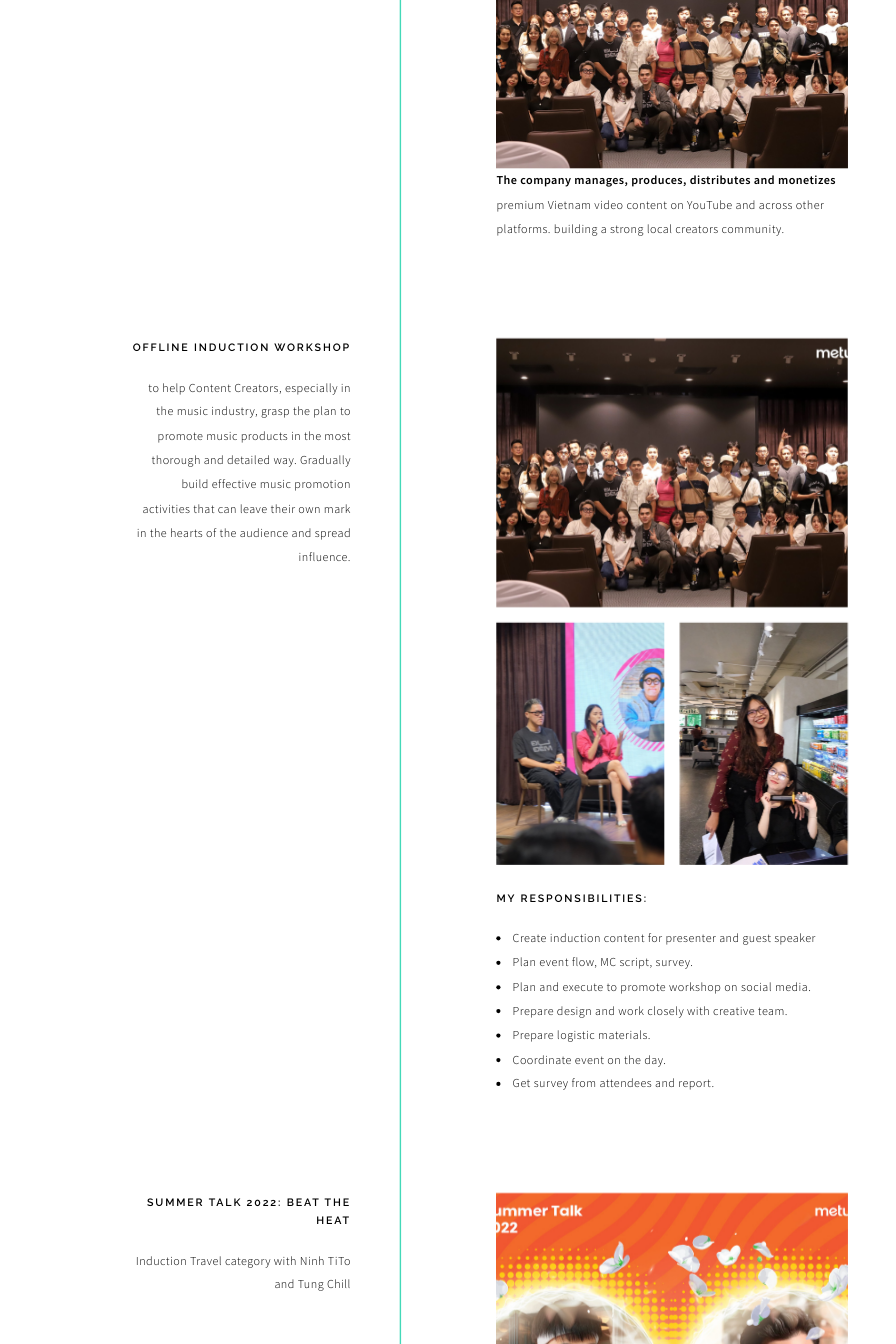
Repository: leonardin999/linh-porfolios
Page: index.html
These files come from the project's save history. The page is drawn as it stood at one moment and after the next save; the edit follows.
The browser window is 1280 px wide. The pictures show the part of the page from y = 4029 to 5949 px (the page is 8572 px tall), at 70% of full size.

Above is the page before, as saved 2023-01-24 22:07:27.

After the next save:
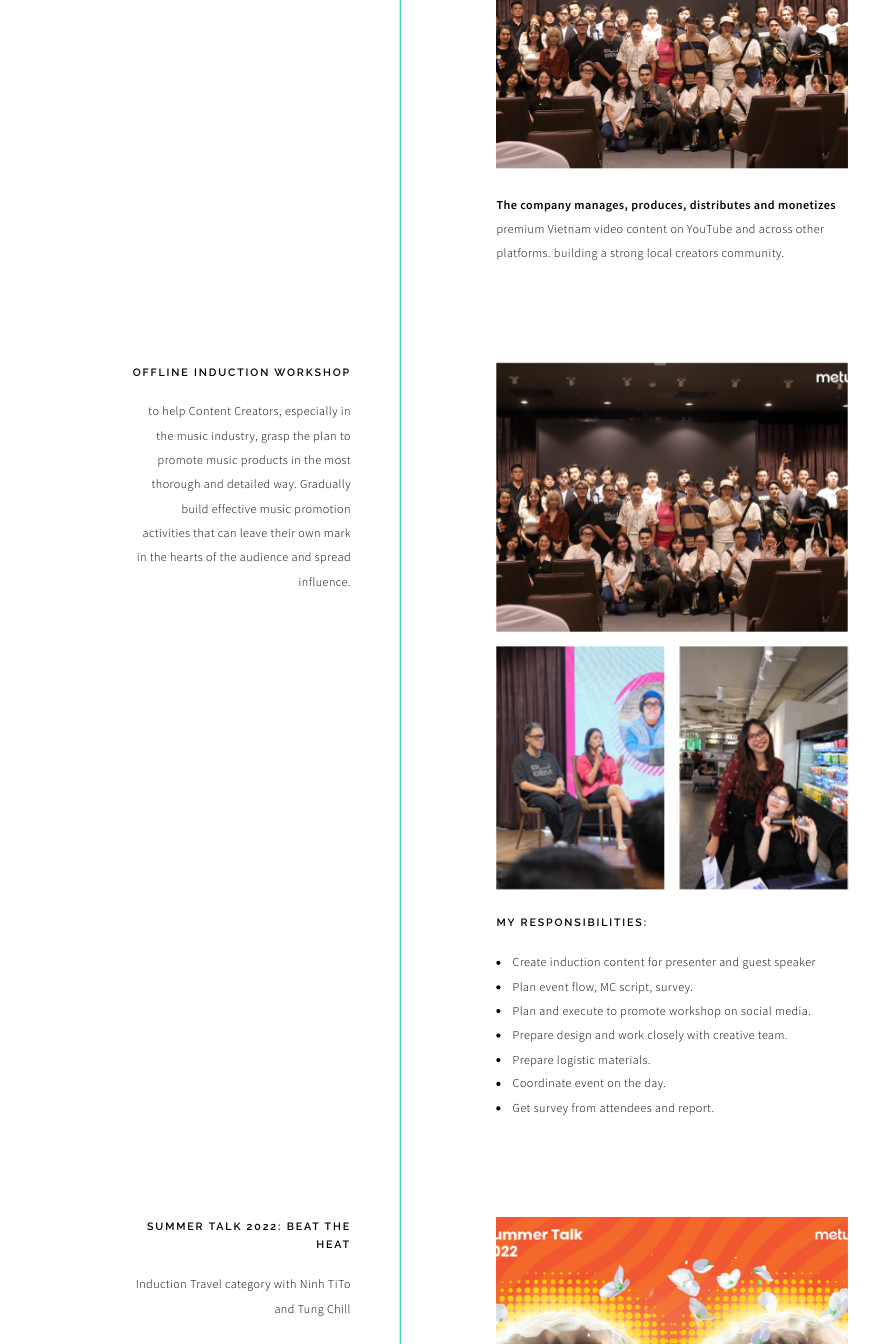
Saved 47 s later.
--- a/index.html
+++ b/index.html
@@ -119,6 +119,7 @@
                   ><img src="images/gallery/thumbs/04.jpg" alt=""
                 /></a>
               </div>
+              <br>
               <p><strong>The company manages, produces, distributes and monetizes</strong> premium Vietnam video content on YouTube and across other platforms. building a strong local creators community.</p>
             </div>
           </section>
@@ -171,7 +172,6 @@
                 ><img class="custom1" src="images/gallery/thumbs/08.jpg" alt=""
               /></a>
             </div>
-            <br>
             <p>share Vietnamese behavior trends in the summer of 2022, how to optimize videos effectively and help creators gain more practical knowledge from 2 guest speakers</p>
           </div>
         </section>
